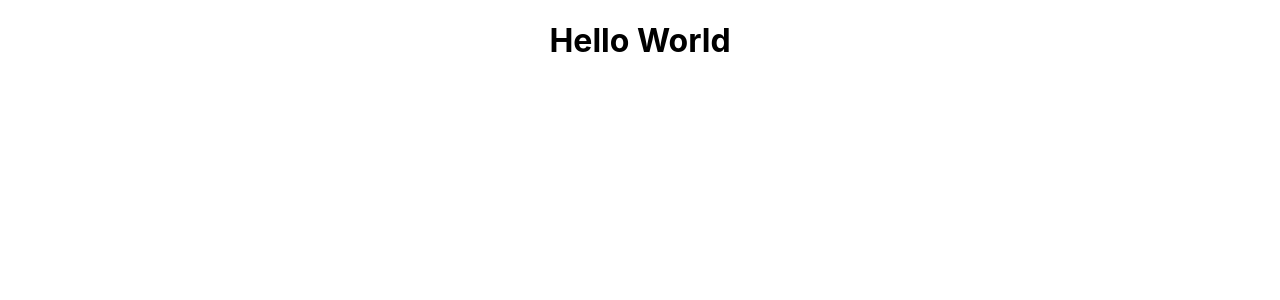
Repository: DeepikaSuretek/React
Page: / (app in practice-app/)
These files come from the project's save history. The page is drawn as it stood at one moment and after a run of saves; the edit follows.
The browser window is 1280 px wide. The pictures show the whole page.
The project was rebuilt for these pictures with package versions that can differ from the ones it lists, and the page was loaded fresh each time.

Above is the page before, as saved 2024-07-08 16:11:10.

### practice-app/src/App.js
import './App.css';

function App() {
  return (
    <div className="App">
     <h1>Hello World</h1>
    </div>
  );
}

export default App;

### practice-app/src/functional-component/function.js
function User() {
    return(
        <h1>User Component</h1>
    )
}

export default User;

Loaded but not shown: practice-app/public/index.html (common file); practice-app/src/index.js (common file); practice-app/src/index.css (common file); practice-app/src/reportWebVitals.js (common file); practice-app/src/App.css (common file)

After the next 3 saves:
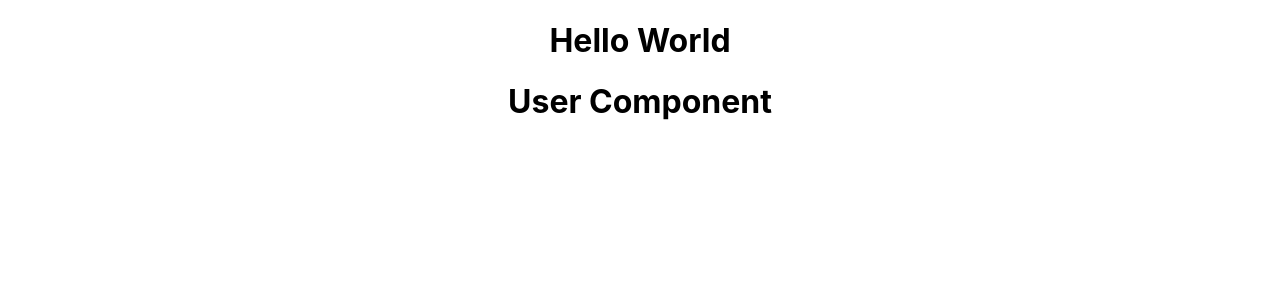
The 3 saves are shown as one change because 2 did not build or start.
The last was saved 63 s later.
--- a/practice-app/src/App.js
+++ b/practice-app/src/App.js
@@ -1,9 +1,11 @@
 import './App.css';
+import User from './functional-component/function';
 
 function App() {
   return (
     <div className="App">
      <h1>Hello World</h1>
+     <User />
     </div>
   );
 }
